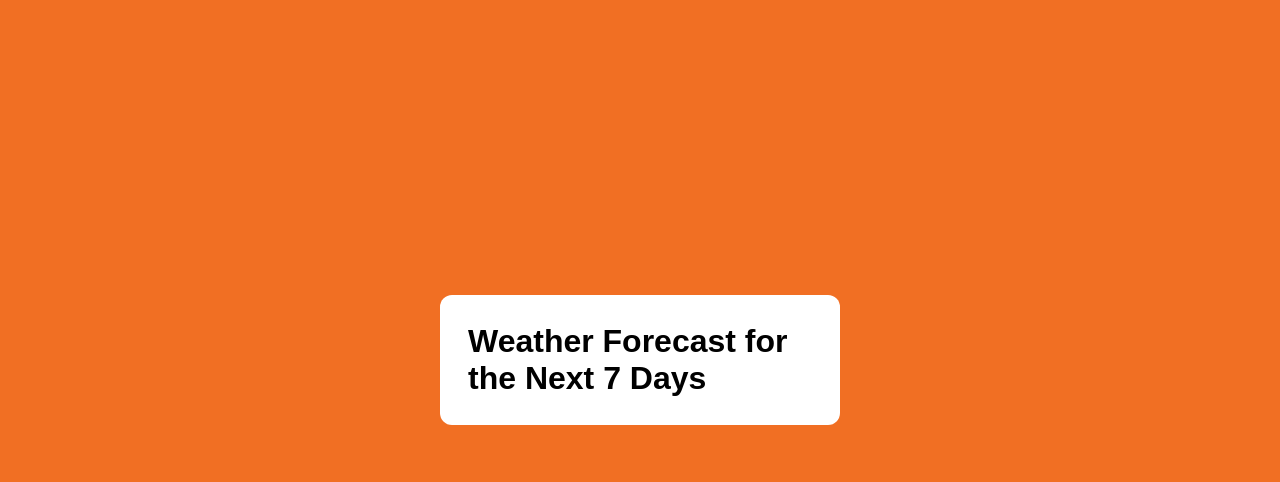
Repository: kapucuonur/weather-app
Page: index.html
These files come from the project's save history. The page is drawn as it stood at one moment and after the next save; the edit follows.
The browser window is 1280 px wide. The pictures show the whole page.
Some web libraries are served in a nearby version.

Above is the page before, as saved 2024-11-16 17:31:37.
Console error: TypeError: Cannot read properties of null (reading 'addEventListener')

After the next save:
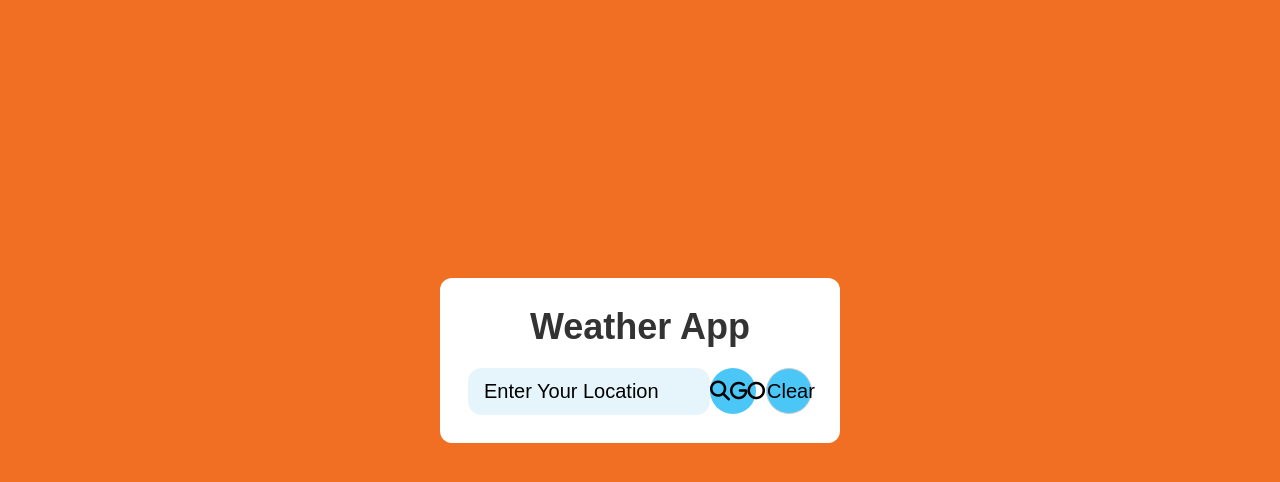
The error is gone.
Saved 7 s later.
--- a/index.html
+++ b/index.html
@@ -2,18 +2,63 @@
 <html lang="en">
 <head>
     <meta charset="UTF-8">
+    <meta http-equiv="X-UA-Compatible" content="IE=edge">
     <meta name="viewport" content="width=device-width, initial-scale=1.0">
-    <title>Weather Forecast</title>
+    <title>Weather App With JavaScript</title>
     <link rel="stylesheet" href="style.css">
+
 </head>
+
 <body>
+
     <div class="container">
-        <h1>Weather Forecast for the Next 7 Days</h1>
+         <!-- Başlık ekledik -->
+         <h1 class="app-title">Weather App</h1>
+        <div class="header">
+            <div class="search-box">
+                <input type="text" placeholder="Enter your location" class="input-box">
+                <button class="fa-solid fa-magnifying-glass" id="searchBtn">Go</button>
+                <!-- Clear button added here -->
+                <button class="clear-btn" id="clearBtn">Clear</button>
+            </div>
 
-        <!-- Hava tahminlerini burada göstereceğiz -->
-        <div class="forecast-container"></div>
+        </div>
+
+        <div class="location-not-found">
+            <h1>Sorry, Location not found!!!</h1>
+            <img src="/assets/404.png" alt="404 Error">
+        </div>
+
+        <div class="weather-body">
+            <img src="/assets/cloud.png" alt="Weather Image" class="weather-img">
+
+            <div class="weather-box">
+                <p class="temperature">0 <sup>°C</sup></p>
+                <p class="description">light rain</p>
+            </div>
+
+            <div class="weather-details">
+                <div class="humidity">
+                    <i class="fa-sharp fa-solid fa-droplet"></i>
+                    <div class="text">
+                        <span id="humidity">45%</span>
+                        <p>Humidity</p>
+                    </div>
+                </div>
+
+                <div class="wind">
+                    <i class="fa-solid fa-wind"></i>
+                    <div class="text">
+                        <span id="wind-speed">12Km/H</span>
+                        <p>Wind Speed</p>
+                    </div>
+                </div>
+            </div>
+        </div>
     </div>
 
+
     <script src="script.js"></script>
+    <script src="https://kit.fontawesome.com/595a890311.js" crossorigin="anonymous"></script>
 </body>
 </html>
